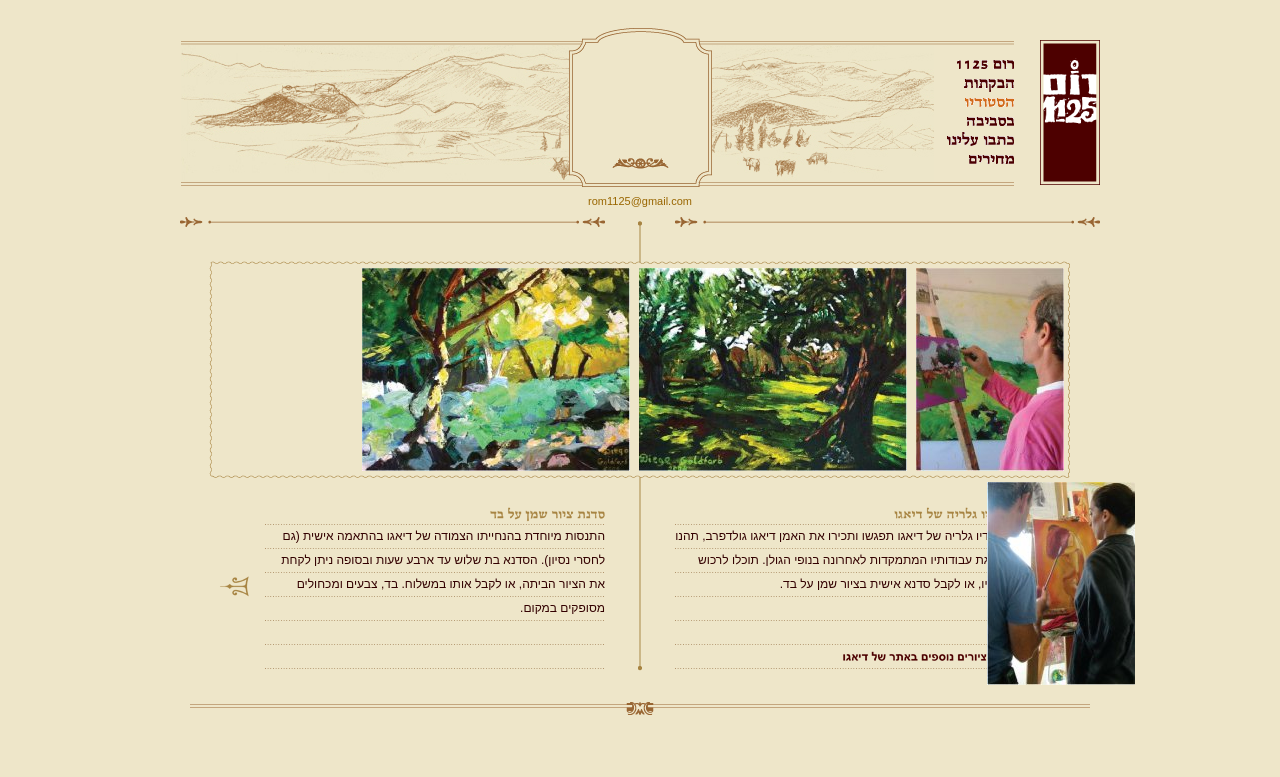
Repository: asafg/rom1125
Page: rom1125/WebContent/studio.html
An editor plug-in stored every save of this project. The page is shown before and after the next save, followed by the edit.
The browser window is 1280 px wide. The pictures show the whole page.

Above is the page before, as saved 2010-06-11 11:02:19.

After the next save:
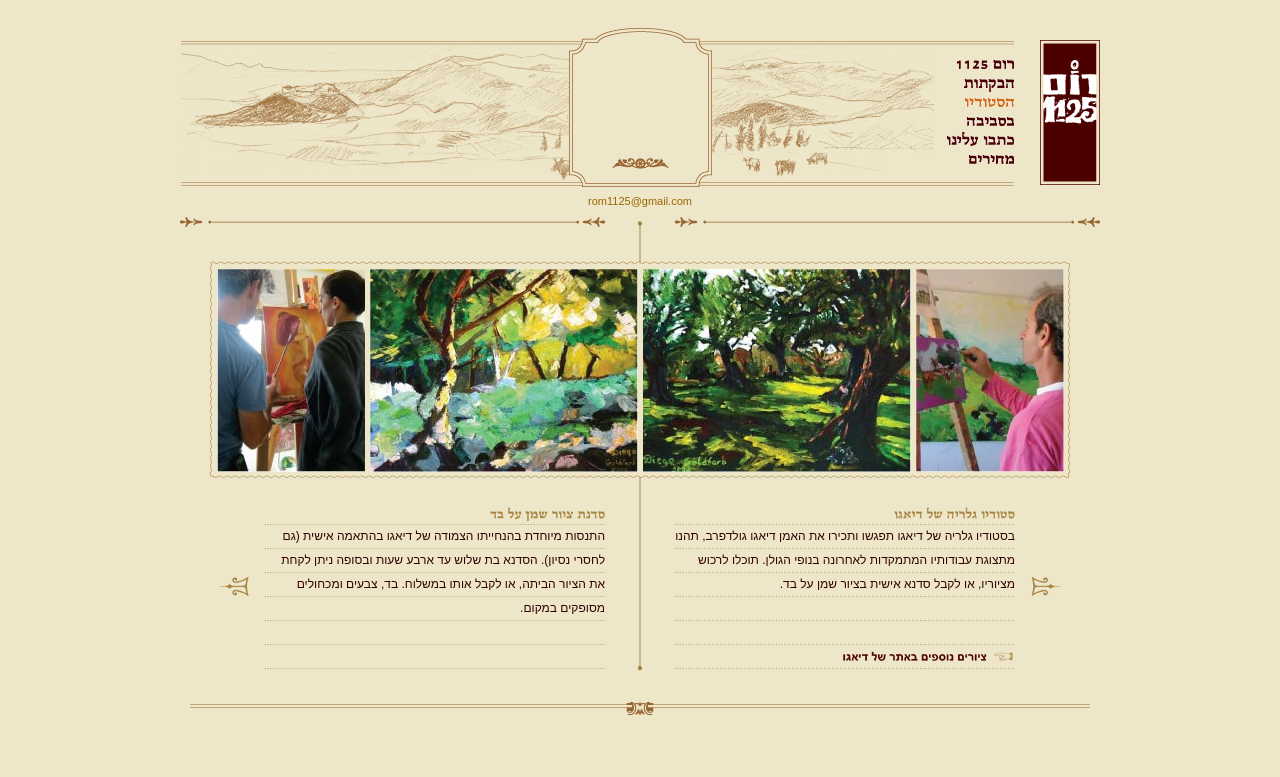
Saved 2 min 4 s later.
--- a/rom1125/WebContent/css/studio.css
+++ b/rom1125/WebContent/css/studio.css
@@ -9,8 +9,9 @@
 
 #frame img
 {
-	/*float: right;*/
-	margin: 7px 5px 0 0;
+	display:block;
+	float:right;
+	margin:8px 5px 0 0;
 }
 
 #frame img.first_photo
